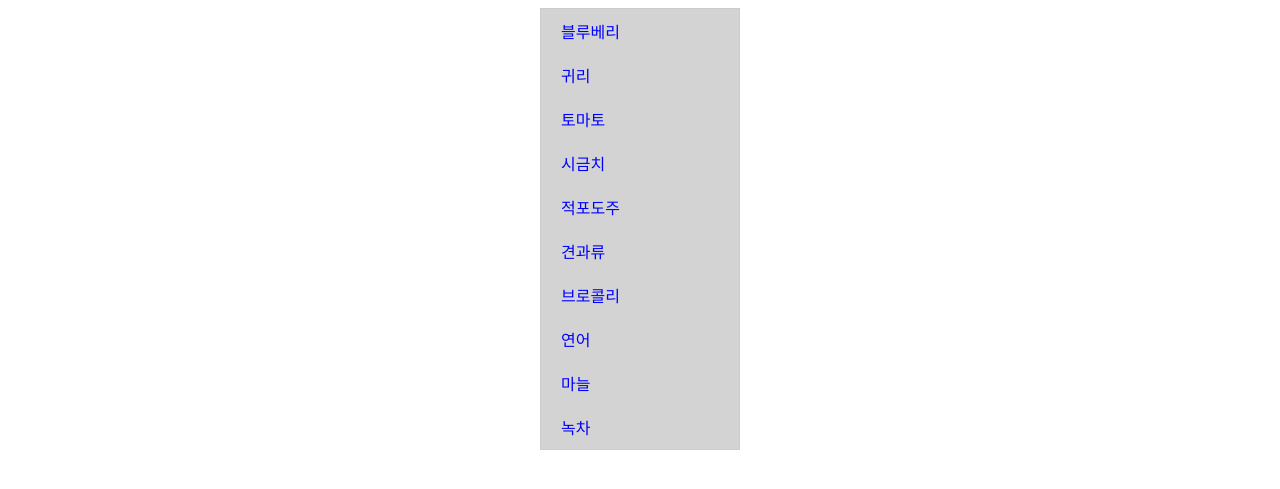
Repository: b1996om/HTML-CSS_study
Page: pro08/public/가상클래스-2.html
The author's editor kept a copy of each file at every save. The page is drawn from the files as they stood at one save, then again after the next save.
The browser window is 1280 px wide. The pictures show the whole page.

Above is the page before, as saved 2022-12-08 05:16:56.

After the next save:
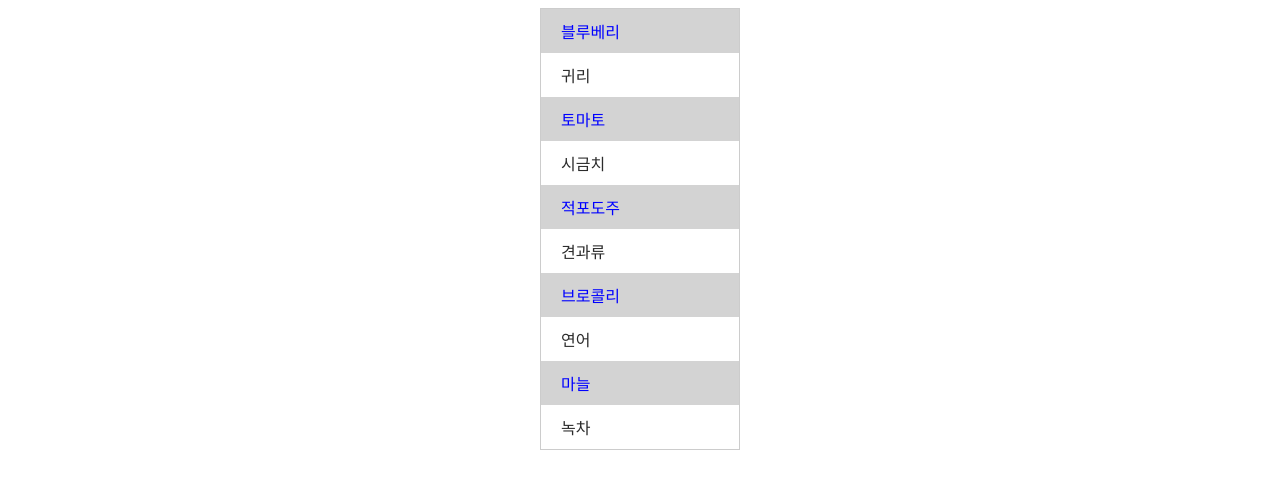
Saved 18 s later.
--- a/pro08/public/가상클래스-2.html
+++ b/pro08/public/가상클래스-2.html
@@ -21,7 +21,7 @@
 			padding:10px;
 			padding-left:20px;
 		}
-		table, tr:nth-child(2n+1) {
+		table tr:nth-child(2n+1) {
 			background:lightgray;
 			color:blue;
 		}
